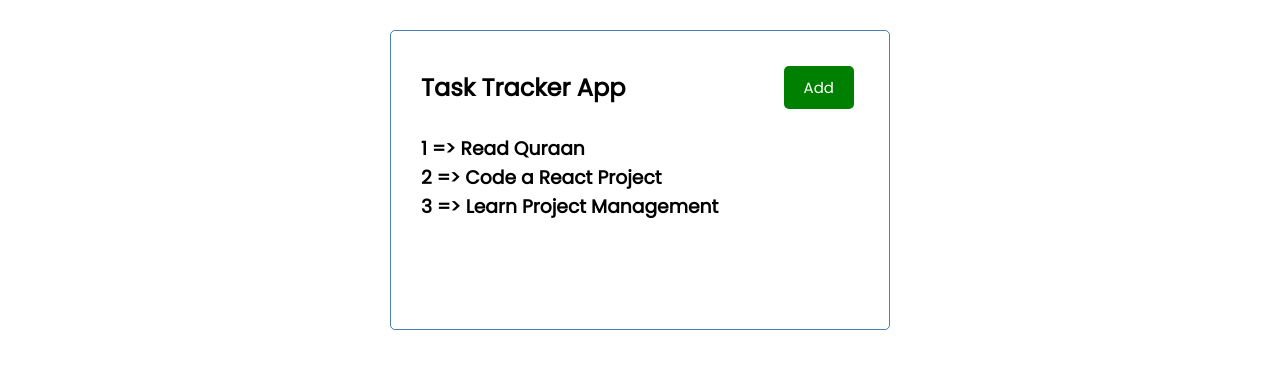
Repository: feyroozecode/task_tracker
Page: /
These files come from the project's save history. The page is drawn as it stood at one moment and after the next save; the edit follows.
The browser window is 1280 px wide. The pictures show the whole page.
The project was rebuilt for these pictures with package versions that can differ from the ones it lists, and the page was loaded fresh each time.

Above is the page before, as saved 2023-10-20 07:02:44.

After the next save:
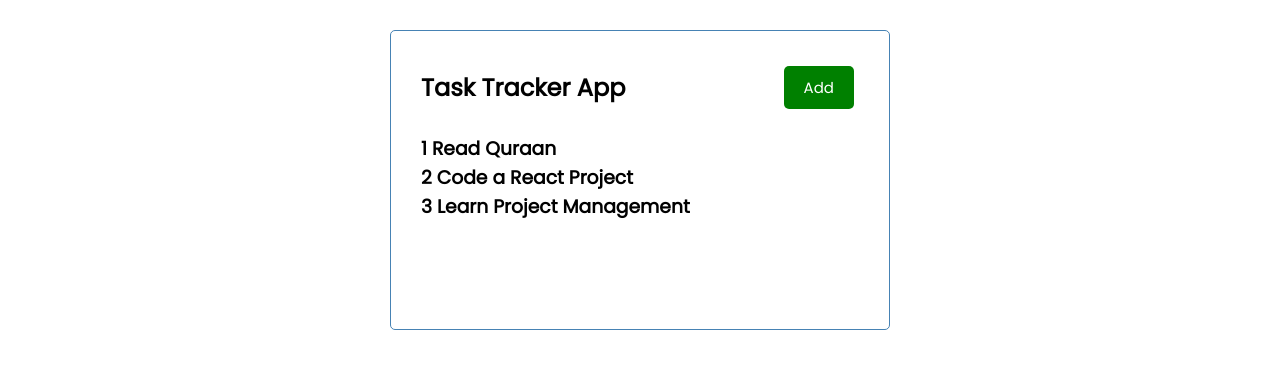
Saved 4 s later.
--- a/src/components/Tasks.js
+++ b/src/components/Tasks.js
@@ -47,7 +47,7 @@ const Tasks = () => {
     return (
        <>
        {
-        tasks.map((task) => ( <>  <h3 key={task.id}>{ task.id } => {task.text} </h3> </> ))
+        tasks.map((task) => ( <>  <h3 key={task.id}>{ task.id } {task.text} </h3> </> ))
        }
        </>
     );
